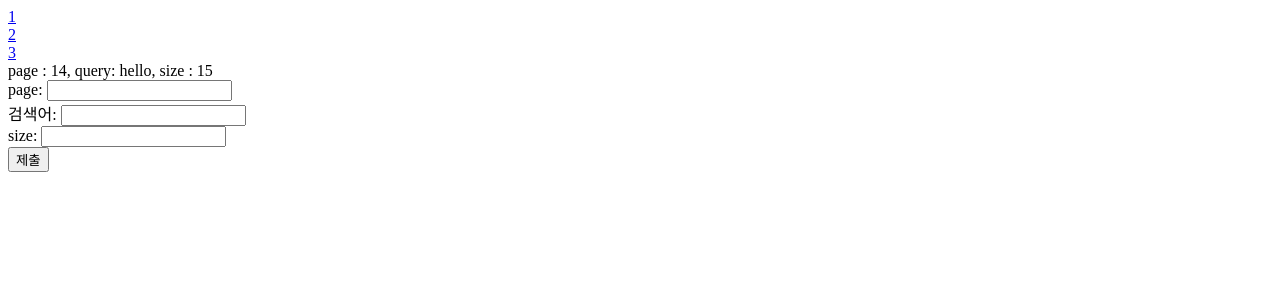
Repository: 12hongkildong/ttest
Page: http://localhost/webPrj/input?p=14&q=hello&s=15
An editor plug-in stored every save of this project. The page is shown before and after the next save, followed by the edit.
The browser window is 1280 px wide. The pictures show the whole page.
The page is served by Tomcat 10.

Above is the page before, as saved 2023-02-17 08:55:39.

After the next save:
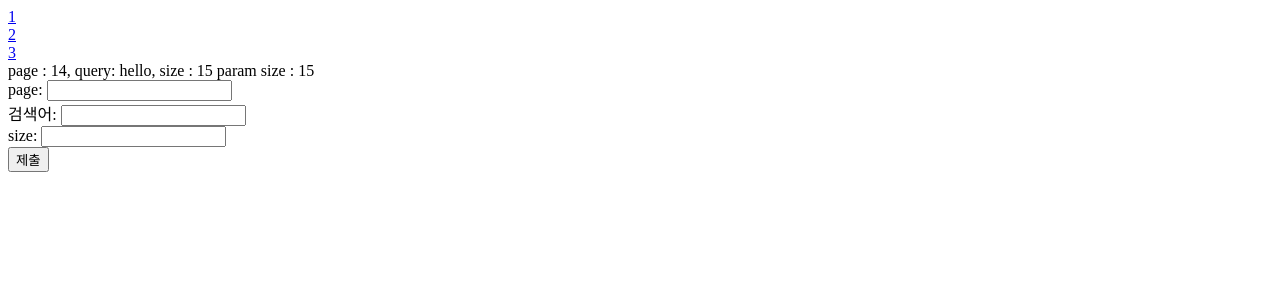
Saved 4 min 38 s later.
--- a/workspace/webPrj/src/main/webapp/WEB-INF/view/input.jsp
+++ b/workspace/webPrj/src/main/webapp/WEB-INF/view/input.jsp
@@ -17,6 +17,7 @@
 		<a href="/input?p=18&q=hello&s=20">3</a><br>
 		<div>
 			page : ${page }, query: ${query }, size : ${requestScope.size }
+			param size : ${param.s }
 		</div>
 
 		<form action="/input">
